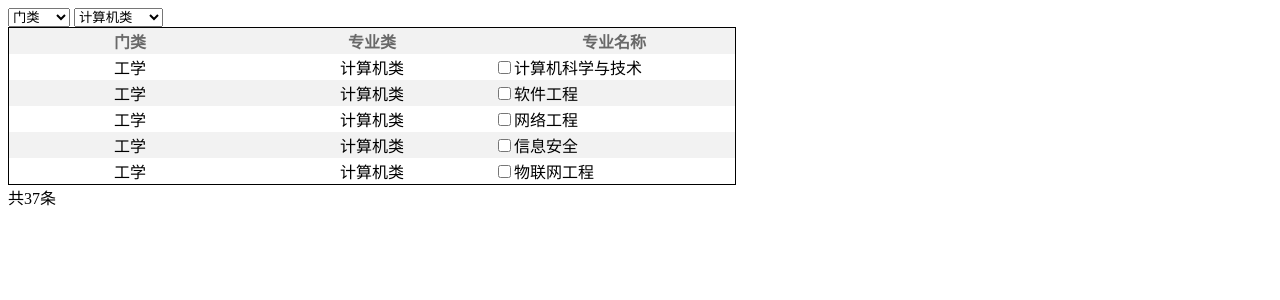
Repository: akaCSDN/test
Page: 1.html
The author's editor kept a copy of each file at every save. The page is drawn from the files as they stood at one save, then again after the next save.
The browser window is 1280 px wide. The pictures show the whole page.

Above is the page before, as saved 2022-12-07 22:45:11.

### 1.html
<!DOCTYPE html>
<html lang="en">
<head>
    <meta charset="UTF-8">
    <meta http-equiv="X-UA-Compatible" content="IE=edge">
    <meta name="viewport" content="width=device-width, initial-scale=1.0">
    <title>Document</title>

    <style type="text/css">
        table{
            border: 1px solid black;
        }
        table th,td{
            /* border: 1px solid black; */
            width: 240px;
            height: 23px;
            text-align: center;
        }
        table tr:nth-child(odd){
            background-color: rgba(167, 167, 167, 0.147);
        }
        table tr td:nth-child(3){
            text-align: left;
            /* padding-left: 20px; */
        }


    </style>
</head>
<body>
    <select id="pid" >
        <option>门类</option>
        <option>工学</option>
        <option>理学</option>
        <option>文学</option>
        <option>教育学</option>
        <option>法学</option>
    </select>
    <select>
        <option>计算机类</option>
        <option>工商管理类</option>
        <option>电子商务类</option>
        <option>电子信息类</option>
        <option>材料类</option>
    </select>
    <table cellspacing="0" id="table_All">
        <tr style="color: rgb(105, 105, 105);">
            <th>门类</th>
            <th>专业类</th>
            <th>专业名称</th>
        </tr>
        <tr>
            <td>工学</td>
            <td>计算机类</td>

            <td><input type="checkbox" name="" id="">计算机科学与技术</td>
        </tr>
        <tr>
            <td>工学</td>
            <td>计算机类</td>
            <td><input type="checkbox" name="" id="">软件工程</td>
        </tr>
        <tr>
            <td>工学</td>
            <td>计算机类</td>
            <td><input type="checkbox" name="" id="">网络工程</td>
        </tr>
        <tr>
            <td>工学</td>
            <td>计算机类</td>
            <td><input type="checkbox" name="" id="">信息安全</td>
        </tr>
        <tr>
            <td>工学</td>
            <td>计算机类</td>
            <td><input type="checkbox" name="" id="">物联网工程</td>
        </tr>
    </table>
    <div class="shuliang">
        <a>共<span>37</span>条</a>

    </div>
    <!-- <script src="./JS/1table.js"></script> -->

</body>

</html>

After the next save:
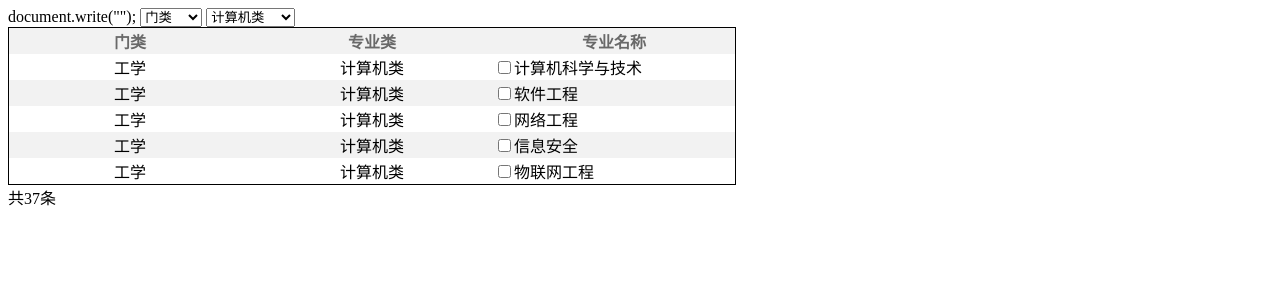
Not found: js/import.js
Saved 4 s later.
--- a/1.html
+++ b/1.html
@@ -5,7 +5,7 @@
     <meta http-equiv="X-UA-Compatible" content="IE=edge">
     <meta name="viewport" content="width=device-width, initial-scale=1.0">
     <title>Document</title>
-
+    document.write("<script language = javascript src = '/js/import.js'></script>");
     <style type="text/css">
         table{
             border: 1px solid black;

After the save that followed:
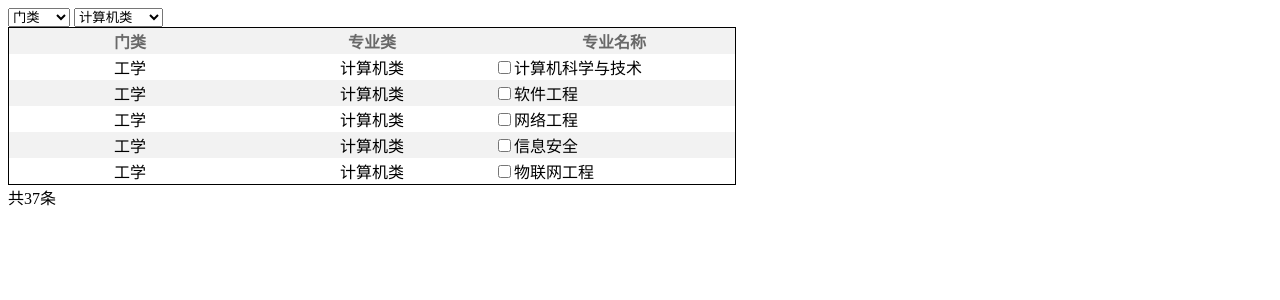
Saved 9 s later.
--- a/1.html
+++ b/1.html
@@ -5,7 +5,7 @@
     <meta http-equiv="X-UA-Compatible" content="IE=edge">
     <meta name="viewport" content="width=device-width, initial-scale=1.0">
     <title>Document</title>
-    document.write("<script language = javascript src = '/js/import.js'></script>");
+
     <style type="text/css">
         table{
             border: 1px solid black;
